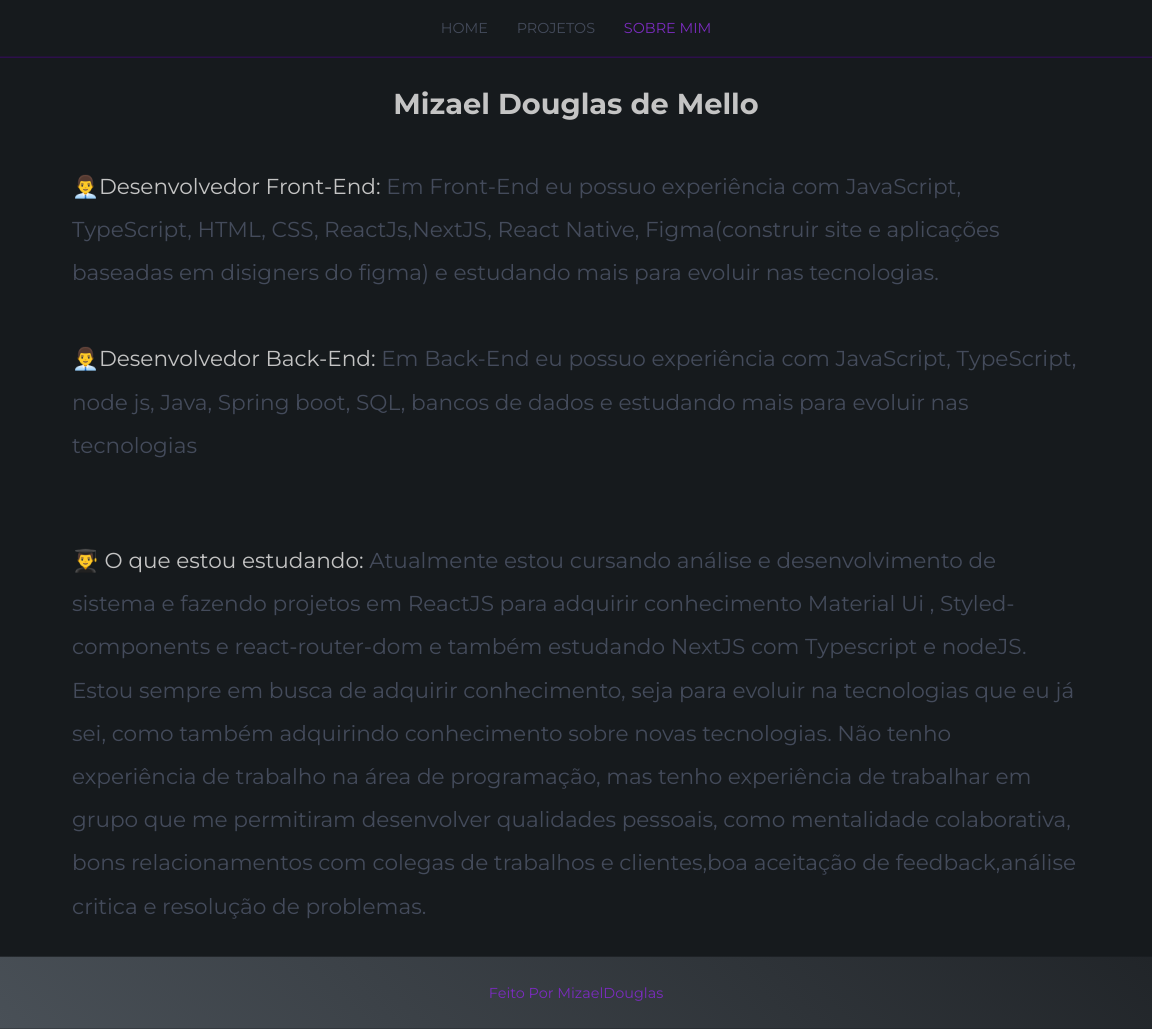
Repository: Mizaeldouglas/New-Portifolio
Page: /sobre
The author's editor kept a copy of each file at every save. The page is drawn from the files as they stood at one save, then again after the next save.
The browser window is 1280 px wide. The pictures show the whole page, at 90% of full size.
The project was rebuilt for these pictures with package versions that can differ from the ones it lists, and the page was loaded fresh each time. The framework's server and built-in components were replaced by stand-ins that run in the browser. Also part of the build but not shown: next.config.js.

Above is the page before, as saved 2022-07-05 20:52:32.

After the next save:
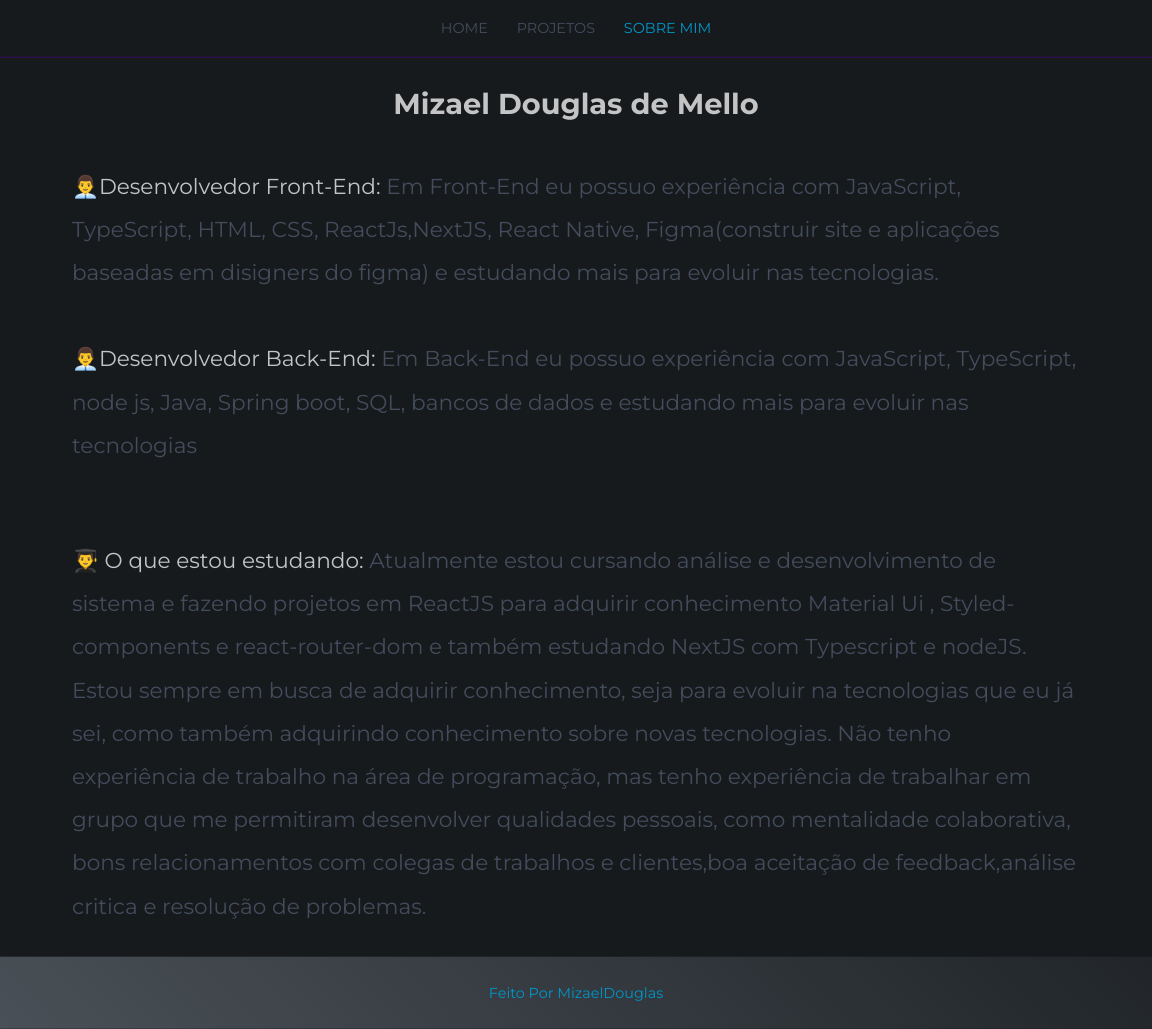
Saved 84 s later.
--- a/src/styles/theme.ts
+++ b/src/styles/theme.ts
@@ -1,8 +1,8 @@
 const theme = {
   background: '#161a1d',
   backgroundLight: '#3c096c',
-  primary: '#7b2cbf',
-  secondary: '#5a189a',
+  primary: '#0096c7',
+  secondary: '#023e8a',
   gradient: 'linear-gradient(225deg, #212529 0%, #495057 100%);',
   text: '#848DA0',
   textHighlight: '#444B5B',
